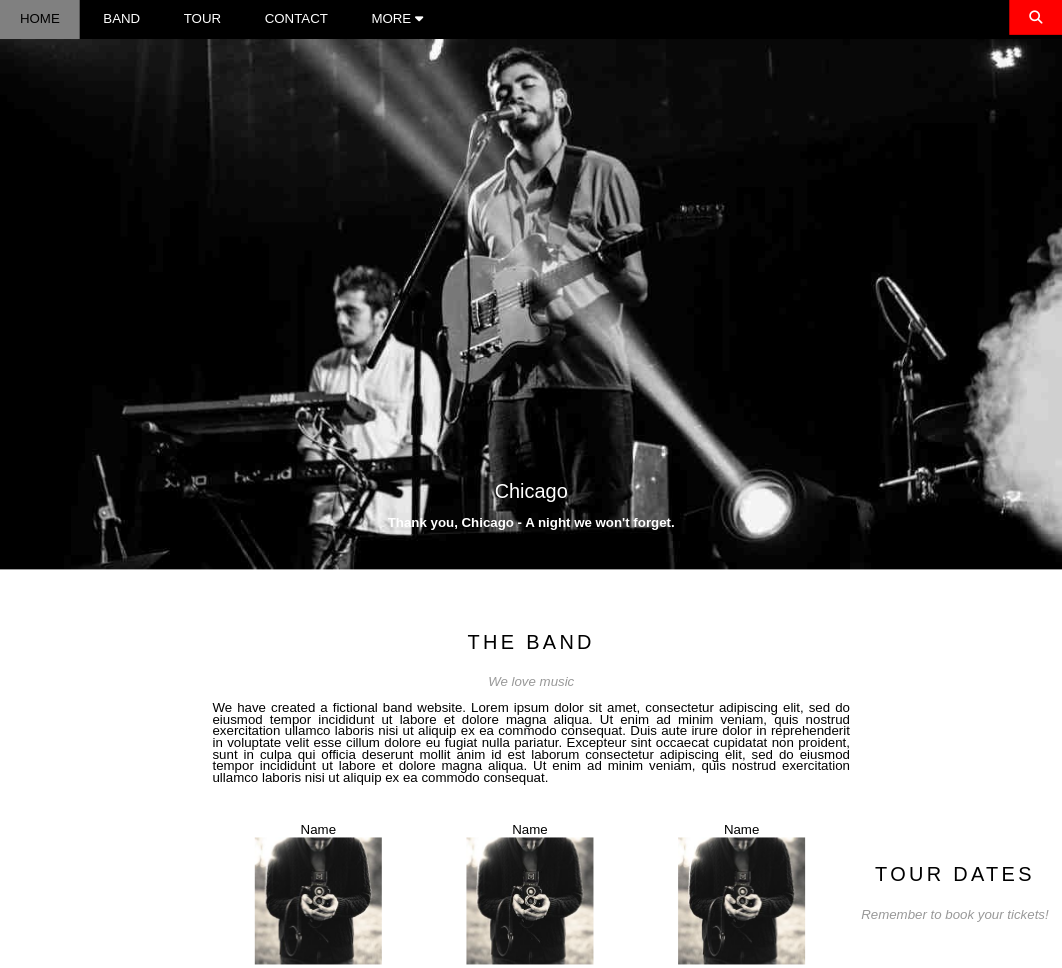
Repository: ngotranphuongbao/theband
Page: index.html
An editor plug-in stored every save of this project. The page is shown before and after the next save, followed by the edit.
The browser window is 1280 px wide. The pictures show the whole page, at 83% of full size.
Some web libraries are served in a nearby version.

Above is the page before, as saved 2022-12-21 19:43:08.

### index.html
<!DOCTYPE html>
<html lang="en">
<head>
    <meta charset="UTF-8">
    <meta http-equiv="X-UA-Compatible" content="IE=edge">
    <meta name="viewport" content="width=device-width, initial-scale=1.0">
    <title>Document</title>
    <link rel="stylesheet" href="./assets/css/style.css">
    <script src="https://kit.fontawesome.com/55a0c61423.js" crossorigin="anonymous"></script>
</head>
<body>
    <div id="main">
        <div id="header">
            <ul id="nav">
                <li><a href="">Home</a></li>
                <li><a href="">Band</a></li>
                <li><a href="">Tour</a></li>
                <li><a href="">Contact</a></li>
                <li>
                    <a href="">
                        More
                        <i class="fa fa-caret-down"></i>
                    </a>
                    <ul id="subnav">
                        <li><a href="">Merchandise</a></li>
                        <li><a href="">Extras</a></li>
                        <li><a href="">Media</a></li>
                    </ul>
                </li>
            </ul>
            <div id="search">
                <i class="fa fa-search"></i>
            </div>
        </div>

        <div id="slider">
            <div id="slider-caption">
                <h3>Chicago</h3>
                <p><b>Thank you, Chicago - A night we won't forget.</b></p>
            </div>

        </div>

        <div id="content">
            <div id="the-band">
                <h2 class="content-title">The Band</h2>
                <p class="content-subtitle">We love music</p>
                <p id="the-band-about">We have created a fictional band website. Lorem ipsum dolor sit amet, consectetur adipiscing elit, sed do eiusmod tempor incididunt ut labore et dolore magna aliqua. Ut enim ad minim veniam, quis nostrud exercitation ullamco laboris nisi ut aliquip ex ea commodo consequat. Duis aute irure dolor in reprehenderit in voluptate velit esse cillum dolore eu fugiat nulla pariatur. Excepteur sint occaecat cupidatat non proident, sunt in culpa qui officia deserunt mollit anim id est laborum consectetur adipiscing elit, sed do eiusmod tempor incididunt ut labore et dolore magna aliqua. Ut enim ad minim veniam, quis nostrud exercitation ullamco laboris nisi ut aliquip ex ea commodo consequat.</p>
                <div id="the-band-member">
                    <div class="member">
                        <p class="member-name">Name</p>
                        <img src="/assets/image/member/bandmember.jpg" alt="" class="member-photo">
                    </div>

                    <div class="member">
                        <p class="member-name">Name</p>
                        <img src="/assets/image/member/bandmember.jpg" alt="" class="member-photo">
                    </div>

                    <div class="member">
                        <p class="member-name">Name</p>
                        <img src="/assets/image/member/bandmember.jpg" alt="" class="member-photo">
                    </div>
                </div>
            </div>

            <div id="tour-dates">
                <h2 class="content-title">Tour dates</h2>
                <p class="content-subtitle">Remember to book your tickets!</p>

            </div>

            <div id="contact">

            </div>

            <div id="picture">

            </div>

        </div>

        <div id="footer">

        </div>
    </div>

</body>
</html>

### assets/css/style.css
* {
    padding: 0px;
    margin: 0px;
    box-sizing: border-box;
}

html {
    font-family: Arial, Helvetica, sans-serif;
}

#main {

}

#header {
    height: 46.5px;
    background-color: black;
    position: fixed;
    top: 0px;
    left: 0px;
    right: 0px;
    z-index: 1;
}

#nav {
    display: inline-block;
}
#nav > li {
    display: inline-block;
    padding: 12px 24px;
    position: relative;
}

#nav > li > a {
    line-height: 22.5px;
    text-decoration: none;
    text-transform: uppercase;
    color: white;
}

#nav > li:hover {
    background-color: grey;
}

#nav > li:hover > a {
    color: black;
}

#subnav {
    display: none;
    position: absolute;
    top: 45px;
    left: 0px;
    box-shadow: 0px 0px 10px rgba(0, 0, 0, 0.3);
    background-color: white;
}

#subnav > li {
    display: block;
    width: 160px;
    height: 38.5px;
    padding: 8px 16px;
}

#subnav > li:hover {
    background-color: grey;
}

#nav > li:hover > #subnav {
    display: block;
}

#subnav > li > a {
    text-decoration: none;
    color: black;
}

.fa-caret-down {
    width: 8.575px;
    height: 15px;
}

#search {
    float: right;
    padding: 12px 24px;
    background-color: red;
    cursor: pointer;
}

.fa-search {
    line-height: 22.5px;
    color: white;
}
#slider {
    margin-top: 45.6px;
    padding-top: 50%;
    background: url(/assets/image/slider/chicago.jpg) top center / cover no-repeat;
    position: relative;
}

#slider-caption {
    position: absolute;
    bottom: 32px;
    width: 100%;
    text-align: center;
}

#slider-caption > p {
    margin: 15px;
    color: white;
}

#slider-caption > h3 {
    margin-bottom: 10px;
    color: white;
    font-weight: 400;
    font-size: 24px;
}


#content {

}

#the-band {
    width: 768px;
    margin: auto;
}

.content-title {
    text-align: center;
    font-weight: 400;
    text-transform: uppercase;
    letter-spacing: 4px;
    margin-top: 74px;
}

.content-subtitle {
    text-align: center;
    font-style: italic;
    opacity: 0.4;
    margin-top: 25px;
}

#the-band-about {
    text-align: justify;
    line-height: 14px;
    margin-top: 15px;
}

.member {
    display: inline-block;
    float: left;
    text-align: center;
    margin-top: 47px;
}
.member-photo {
    width: 60%;

}

#tour-dates {
    margin-top: 96px;
}
#footer {

}

After the next save:
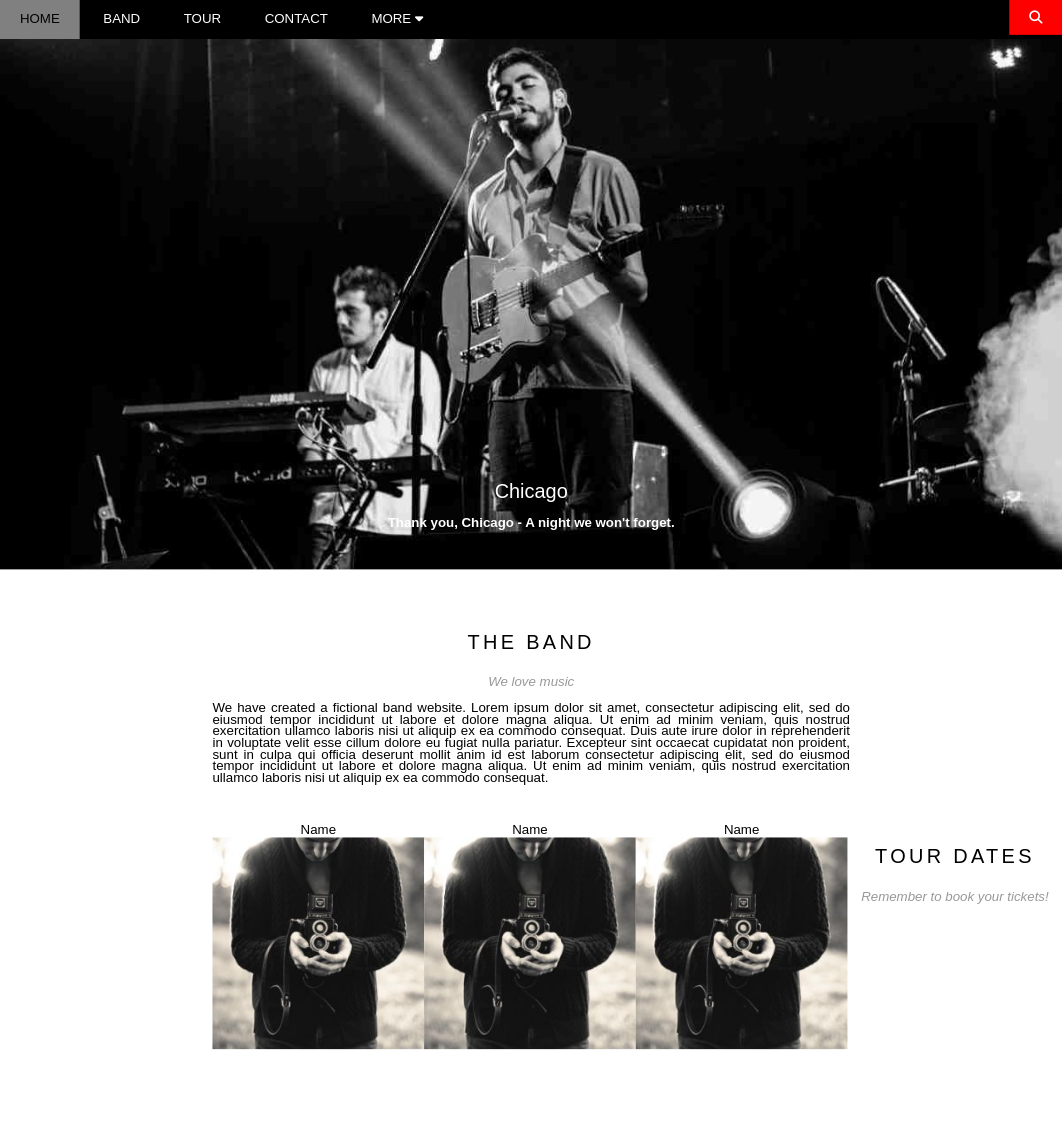
Saved 2 min 22 s later.
--- a/assets/css/style.css
+++ b/assets/css/style.css
@@ -153,14 +153,14 @@
     float: left;
     text-align: center;
     margin-top: 47px;
+    margin-bottom: 96px;
 }
 .member-photo {
-    width: 60%;
-
+    width: 60%:
 }
 
 #tour-dates {
-    margin-top: 96px;
+
 }
 #footer {
 
